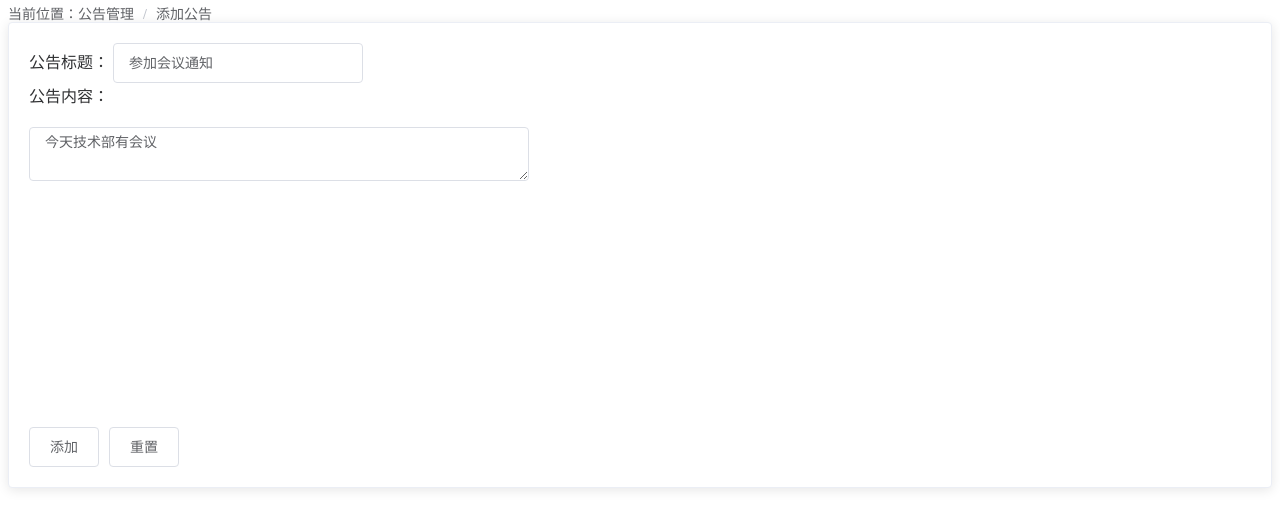
Repository: YUNjwyao/vue_hrm
Page: /#/addNotice
The author's editor kept a copy of each file at every save. The page is drawn from the files as they stood at one save, then again after the next save.
The browser window is 1280 px wide. The pictures show the whole page.
The project was rebuilt for these pictures with package versions that can differ from the ones it lists, and the page was loaded fresh each time. Also part of the build but not shown: src/components/Employee/EmployeeQuery.vue, src/components/Employee/ShowAddEmployee.vue, src/components/Employee/ShowUpdateEmployee.vue, src/components/Notice/Notice.vue, src/components/Notice/ShowUpdateNotice.vue.

Above is the page before, as saved 2020-10-15 21:39:23.

After the next save:
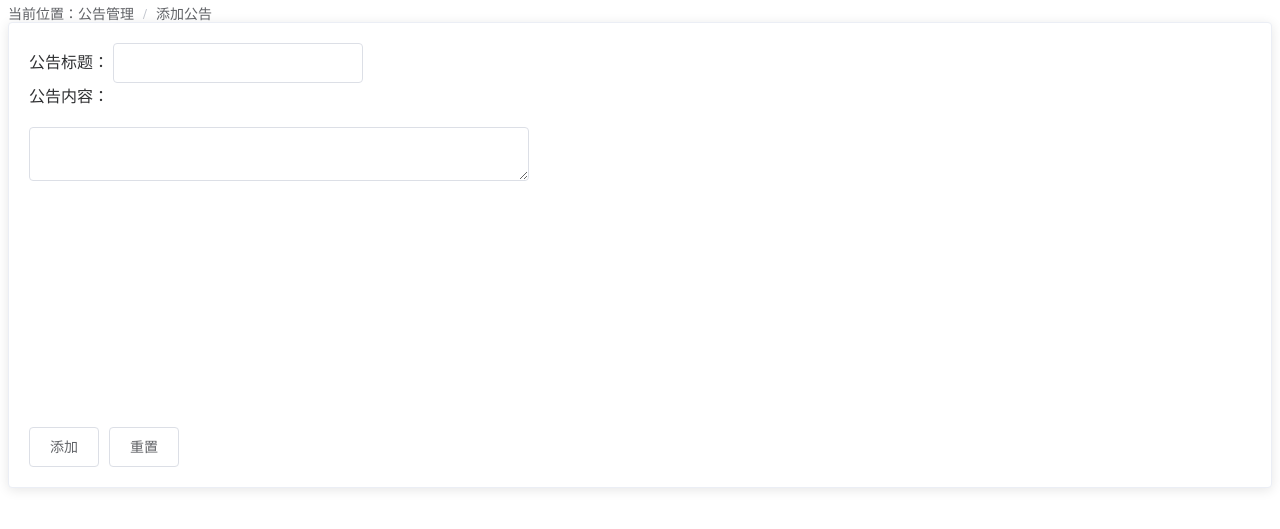
Saved 45 s later.
--- a/src/components/Notice/ShowAddNotice.vue
+++ b/src/components/Notice/ShowAddNotice.vue
@@ -10,13 +10,13 @@
 		<el-row>
 			<el-col :span="8">
 				公告标题：
-				<el-input value="参加会议通知"></el-input>
+				<el-input></el-input>
 			</el-col>
 		</el-row>
 		公告内容：
 		<el-row>
 			<el-col :span="16">
-				<el-input class="area" type="textarea" value="今天技术部有会议"></el-input>
+				<el-input class="area" type="textarea"></el-input>
 			</el-col>
 		</el-row>
 
